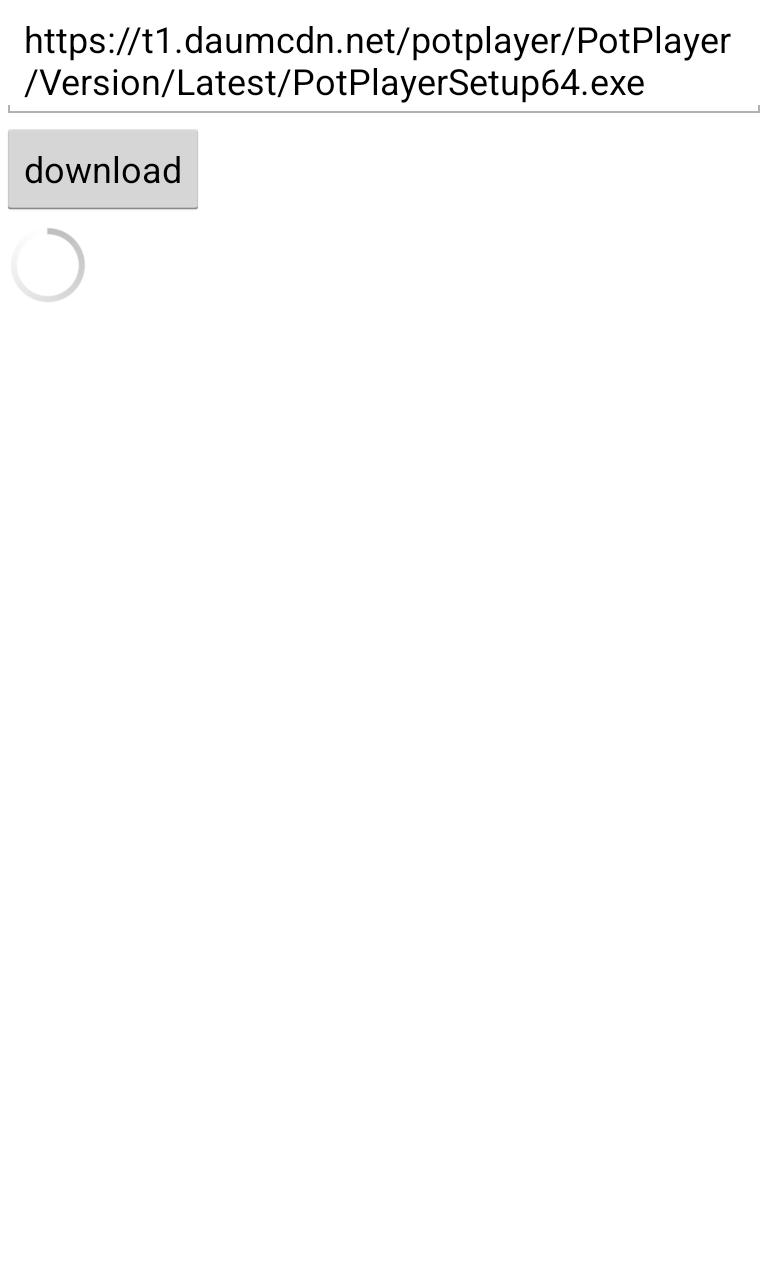
Repository: whoami-I/android
Layout: ListView/XutilsDownload/res/layout/activity_main.xml
The author's editor kept a copy of each file at every save. The layout is drawn from the files as they stood at one save, then again after the next save.
It is drawn on a 768 x 1280 px phone screen (xhdpi) without system bars, with theme AppTheme; the app's code is not run.

Above is the layout before, as saved 2018-11-01 01:22:15.

### ListView/XutilsDownload/res/layout/activity_main.xml
<LinearLayout xmlns:android="http://schemas.android.com/apk/res/android"
    xmlns:tools="http://schemas.android.com/tools"
    android:layout_width="match_parent"
    android:layout_height="match_parent"
    android:orientation="vertical" >

    <EditText
        android:id="@+id/et_path"
        android:layout_width="wrap_content"
        android:layout_height="wrap_content"
        android:hint="input resource path"
        android:text="https://t1.daumcdn.net/potplayer/PotPlayer/Version/Latest/PotPlayerSetup64.exe" />

    <Button
        android:id="@+id/btn_download"
        android:layout_width="wrap_content"
        android:layout_height="wrap_content"
        android:onClick="click_download"
        android:text="download" />

    <ProgressBar
        android:id="@+id/pgb"
        android:layout_width="wrap_content"
        android:layout_height="wrap_content" />

</LinearLayout>

Loaded but not shown: ListView/XutilsDownload/res/values/styles.xml (common file); ListView/XutilsDownload/res/values-v11/styles.xml (common file); ListView/XutilsDownload/res/values-v14/styles.xml (common file)

After the next save:
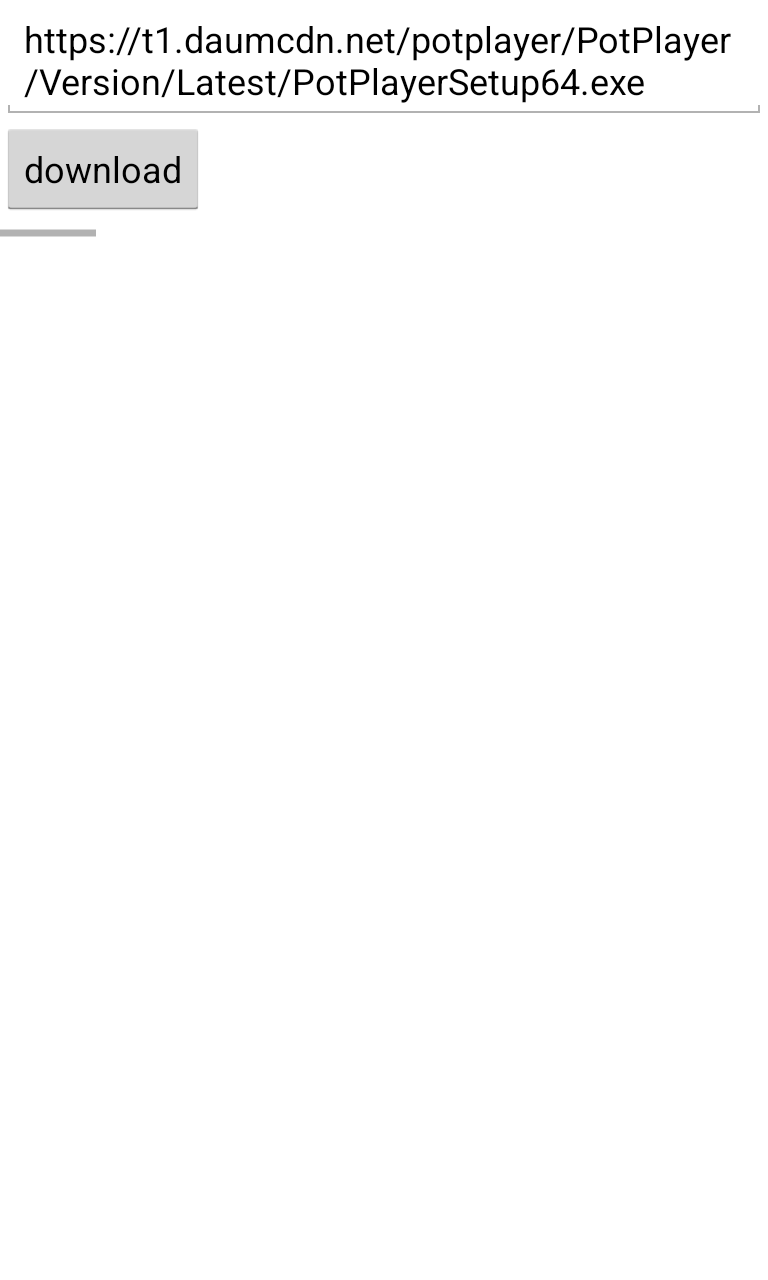
Saved 2 min 48 s later.
--- a/ListView/XutilsDownload/res/layout/activity_main.xml
+++ b/ListView/XutilsDownload/res/layout/activity_main.xml
@@ -20,6 +20,7 @@
 
     <ProgressBar
         android:id="@+id/pgb"
+        style="?android:attr/progressBarStyleHorizontal"
         android:layout_width="wrap_content"
         android:layout_height="wrap_content" />
 
